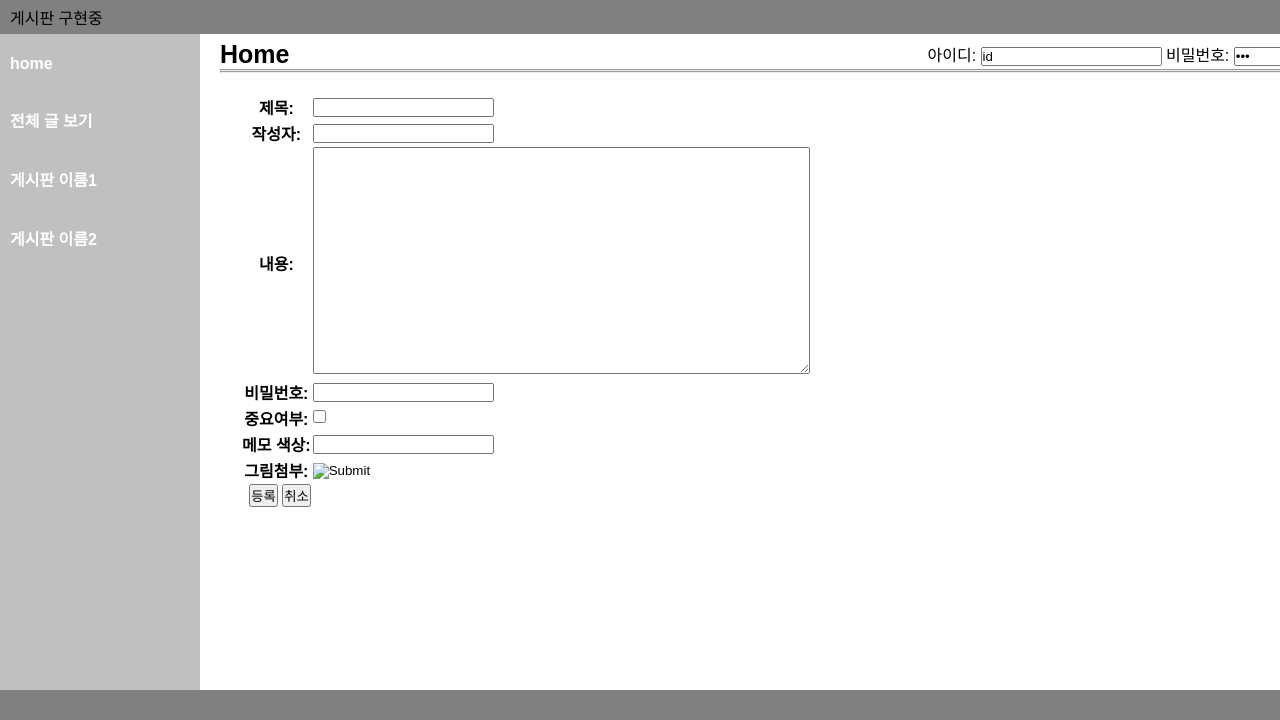
Repository: hyeon-jin-park/study
Page: work/internet_programing/Test_final/public/input.html
An editor plug-in stored every save of this project. The page is shown before and after the next save, followed by the edit.
The browser window is 1280 px wide. The pictures show the whole page.

Above is the page before, as saved 2025-03-19 11:19:26.

### work/internet_programing/Test_final/public/input.html
<!DOCTYPE html>
<html lang="ko">
<head>

    <meta charset="UTF-8">
    <meta name="viewport" content="width=device-width, initial-scale=1.0">
    <title>input.html</title>
	<link rel="stylesheet" href="layout.css">
	<link rel="stylesheet" href="board.css">
	<style>
	* { margin: 0; padding: 0; box-sizing: border-box; }
	body { font-family: Arial, sans-serif; }

	#login_button{
		text-align:center;
		font-weight:bold;

	}
	</style>

</head>


<body>

    <div class="header">
        <div class="header_name">게시판 구현중</div>



    </div>
    <div class="sidebar">
    	<ul class="sidebar">
    		<li><a href="home.html">home</a></li>
    		<li><a href="#">전체 글 보기</a></li>
    		<li><a href="#">게시판 이름1</a></li>
    		<li><a href="#">게시판 이름2</a></li>

    	</ul>
    </div>
    <div class="content">
    <div class="board_title">
    		<h1>Home</h1>
    			<form style="padding-left:10px">
    			아이디: <input type="text" name="아이디" value="id">
    			비밀번호: <input type="password" name="비밀번호" value="pwd">
    			<button id="login_button" type="submit" >로그인</button>
    			</form>
    	</div>
    	<hr>
    	<hr>
    	<div  class="input_form">
    		<table>
    			<tr>
    				<th>제목: </th>
    				<td><input type="text" name="제목"></td>
    			</tr>
    			<tr>
    				<th>작성자: </th>
    				<td><input type="text" name="작성자"></td>
    			</tr>
    			<tr>
    				<th>내용: </th>
    				<td><textarea rows="15" cols="60"></textarea></td>
    			</tr>
    			<tr>
    				<th>비밀번호: </th>
    				<td><input type="password" name="등록 비밀번호"></td>
    			</tr>
    			<tr>
    				<th>중요여부: </th>
    				<td><input type="checkbox" name="중요도"></td>
    			</tr>
    			<tr>
    				<th>메모 색상: </th>
    				<td><input type="text" name="제목"></td>
    			</tr>
    			<tr>
    				<th>그림첨부: </th>
    				<td><input type="image" name="그림"></td>
    			</tr>
    			<tr style="text-align:right;padding:30px">
    				<td rowspan="2">
    				<button type="submit">등록</button>
    				<button type="reset">취소</button>
    				</td>
    			</tr>

    		</table>
    	</div>
    </div>

    <div class="footer">
    	<h1></h1>
    </div>

</body>
</html>

### work/internet_programing/Test_final/public/layout.css
@charset "UTF-8";

.header {
            background-color: gray;
            color: black;
            padding: 5px 10px;
            display: flex;
            justify-content: space-between;
            align-items: center;
            width: 100%;
            position: fixed;
            z-index: 1000;
    		border-collapse: collapse;
    		table-layout: fixed;
        }


        .sidebar {
        	margin-top: 30px;
    		width: 200px;
    		background-color: silver;
    		color: black;
    		padding: 20px;
    		position: fixed;
    		height: 100vh;
    		top: 0;
    		left: 0;
		}

		.sidebar ul {
    		list-style: none;
    		padding: 0;
		}

		.sidebar ul li {
   		 margin: 15px 0;
		}

		.sidebar a {
    		text-decoration: none;
    		color: white;
   		    font-weight: bold;
   		 	display: block;
    		padding: 10px;
    		border-radius: 5px;
		}

		.sidebar a:hover {
    		background-color: #555;
		}


		.content {
			margin-top: 40px;
			position: fixed;
			z-index: 999;
    		margin-left: 200px;
    		padding: 20px;
    		padding-top: 0px;
    		width:100%;
		}
		.board_title{
			margin:0px;
			padding: 0px;
			display: flex;
            justify-content: space-between;
            align-items: center;
            width: 100%;
		}
		.board_title ul{
			list-style: none;
			padding:0;
		}

		.board_title a {
    		text-decoration: none;
    		color: black;
   		    font-weight: bold;
   		 	display: block;
    		padding: 10px;
    		border-radius: 5px;
		}

		.board_title h1{
			font-size: 25px;

		}
		.input_form{
			padding:20px;
		}
		.input_form tr{
			white-space: nowrap;
			width:100%;
			margin:10px;
			padding-bottom:10px;
			border-bottom: 1px solid black;
		}


		.footer {
    		background-color: gray;
    		color: white;
    		text-align: center;
    		height: 30px;
    		padding: 5px 0;
    		position: fixed;
    		bottom: 0;
    		width: 100%;
    		z-index: 1000;
    		box-sizing: border-box;
		}

### work/internet_programing/Test_final/public/board.css
@charset "UTF-8";

.board {
	background-color: white;
	color: black;
	padding: 20px 20px;
	width: 100%;
}



.board th {
	padding: 10px;
    text-align: center;
    vertical-align: middle;
    font-size: 10px;
}

.board th:nth-child(1),
.board td:nth-child(1){
	width: 100px;
}
.board th:nth-child(2),
.board td:nth-child(2){
	width: 600px;
}
.board th:nth-child(3),
.board td:nth-child(3){
	width: 100px;
}
.board th:nth-child(4),
.board td:nth-child(4){
	width: 200px;
}

After the next save:
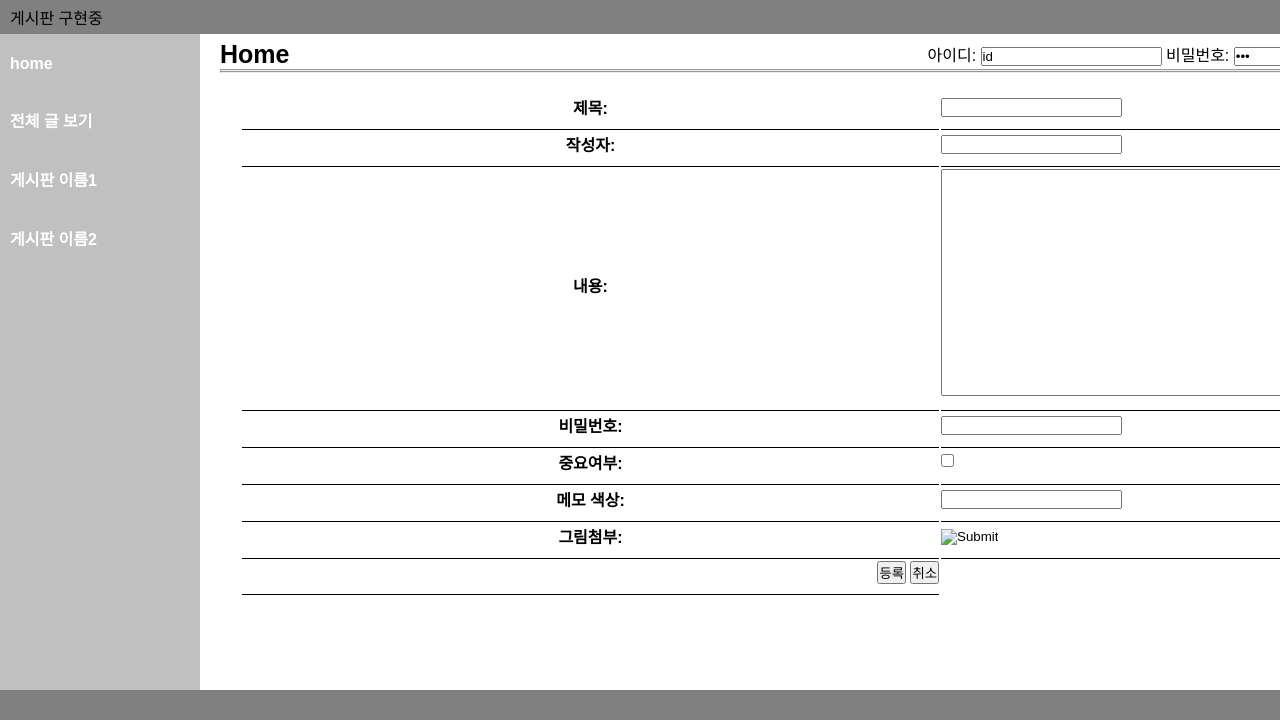
Saved 23 s later.
--- a/work/internet_programing/Test_final/public/layout.css
+++ b/work/internet_programing/Test_final/public/layout.css
@@ -88,7 +88,7 @@
 		.input_form{
 			padding:20px;
 		}
-		.input_form tr{
+		.input_form td,th{
 			white-space: nowrap;
 			width:100%;
 			margin:10px;

After the save that followed:
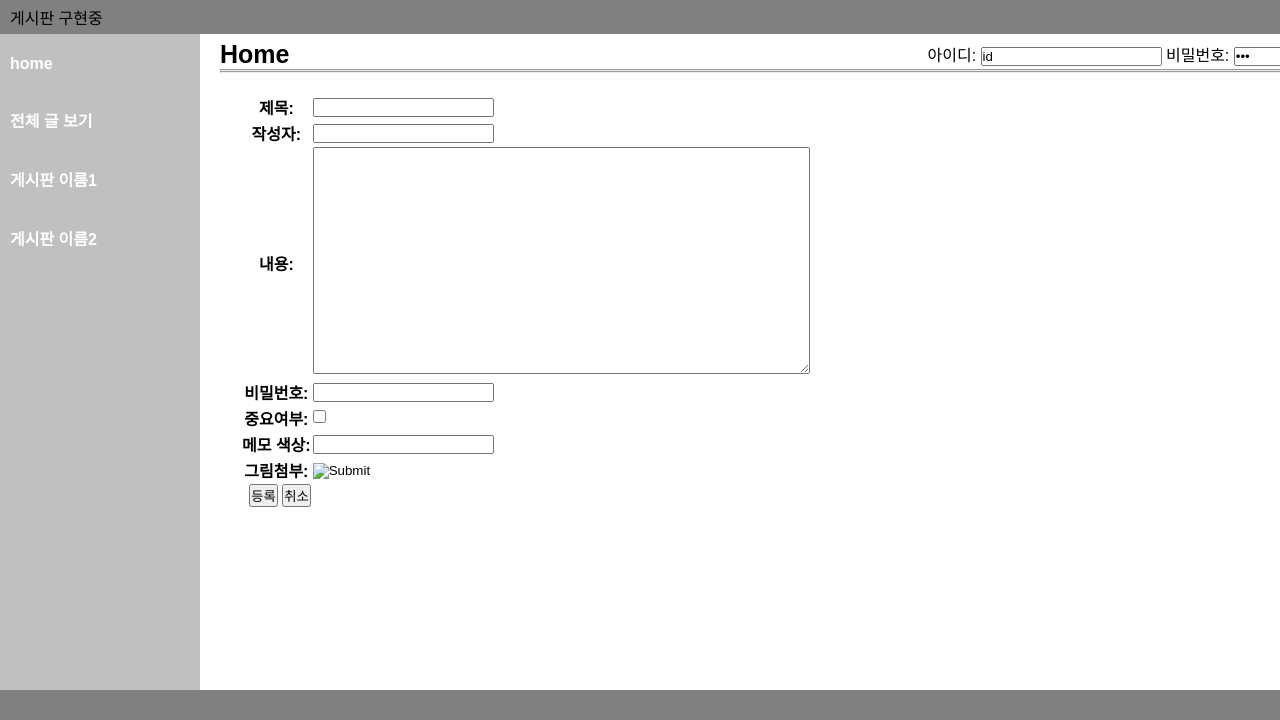
Saved 29 s later.
--- a/work/internet_programing/Test_final/public/layout.css
+++ b/work/internet_programing/Test_final/public/layout.css
@@ -88,7 +88,7 @@
 		.input_form{
 			padding:20px;
 		}
-		.input_form td,th{
+		.input_form tr{
 			white-space: nowrap;
 			width:100%;
 			margin:10px;
